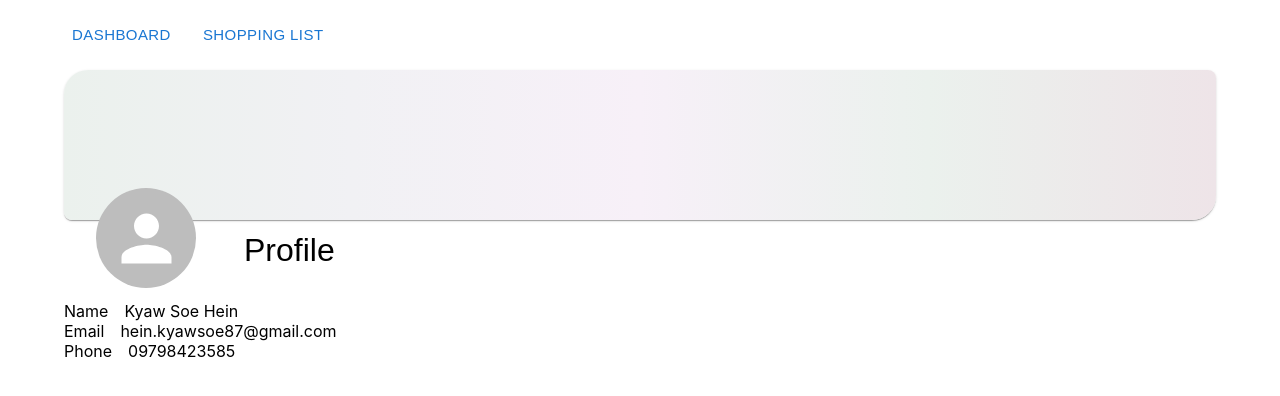
Repository: KyawSoeHein/GoogleAuthReact
Page: /
An editor plug-in stored every save of this project. The page is shown before and after the next save, followed by the edit.
The browser window is 1280 px wide. The pictures show the whole page.
The project was rebuilt for these pictures with package versions that can differ from the ones it lists, and the page was loaded fresh each time.

Above is the page before, as saved 2022-02-14 20:07:54.

### src/index.tsx
import React from "react";
import ReactDOM from "react-dom";
import "./index.css";
import App from "./App";
import Dashboard from "./View/Dashboard";
import reportWebVitals from "./reportWebVitals";

ReactDOM.render(
  <React.StrictMode>
    <Dashboard />
  </React.StrictMode>,
  document.getElementById("root")
);

// If you want to start measuring performance in your app, pass a function
// to log results (for example: reportWebVitals(console.log))
// or send to an analytics endpoint. Learn more: https://bit.ly/CRA-vitals
reportWebVitals();

### src/View/Dashboard.tsx
import React from "react";
import { Container, Grid, Stack } from "@mui/material";
import MenuSelection from "../Components/MenuSelection";
import CoverAndProfilePhoto from "../Components/CoverAndProfilePhoto";

const Dashboard = () => {
  return (
    <Grid>
      <Container>
        <div style={{ marginTop: 16 }}>
          <MenuSelection />
        </div>

        <div style={{ marginTop: 16 }}>
          <CoverAndProfilePhoto />
        </div>

        <Stack direction={"row"} spacing={2}>
          <div>Name</div>
          <div>Kyaw Soe Hein</div>
        </Stack>

        <Stack direction={"row"} spacing={2}>
          <div>Email</div>
          <div>hein.kyawsoe87@gmail.com</div>
        </Stack>

        <Stack direction={"row"} spacing={2}>
          <div>Phone</div>
          <div>09798423585</div>
        </Stack>
      </Container>
    </Grid>
  );
};

export default Dashboard;

### src/Components/MenuSelection.tsx
import React from "react";
import { Button, Stack } from "@mui/material";
import "../App.css";

const MenuSelection = () => {
  const buttonFontSize = 15;

  return (
    <Stack direction={"row"} spacing={2}>
      <Button sx={{ fontSize: buttonFontSize, fontFamily: "sans-serif" }}>
        Dashboard
      </Button>
      <Button sx={{ fontSize: buttonFontSize, fontFamily: "sans-serif" }}>
        Shopping List
      </Button>
    </Stack>
  );
};

export default MenuSelection;

### src/Components/CoverAndProfilePhoto.tsx
import React from "react";
import { Avatar, Button, Paper, Stack } from "@mui/material";
import "../App.css";

const CoverAndProfilePhoto = () => {
  return (
    <div>
      <Paper
        elevation={1}
        sx={{
          height: 150,
          borderTopRightRadius: 8,
          borderTopLeftRadius: 24,
          borderBottomLeftRadius: 8,
          borderBottomRightRadius: 24,
          background:
            "linear-gradient(to right, rgb(235,241,237), rgb(241,241,244), rgb(247,240,248), rgb(235,241,237), rgb(238,228,232))",
        }}
      ></Paper>

      <div className="coverPhoto">
        <Avatar
          alt="Remy Sharp"
          sx={{ width: 100, height: 100, marginTop: -4, marginLeft: 4 }}
        />
        <div style={{ marginLeft: 48, marginTop: -20 }}>
          <p className="profileTitle">Profile</p>
        </div>
      </div>
    </div>
  );
};

export default CoverAndProfilePhoto;

### src/App.css
.App {
  text-align: center;
}

.App-logo {
  height: 40vmin;
  pointer-events: none;
}

@media (prefers-reduced-motion: no-preference) {
  .App-logo {
    animation: App-logo-spin infinite 20s linear;
  }
}

.App-header {
  background-color: #282c34;
  min-height: 100vh;
  display: flex;
  flex-direction: column;
  align-items: center;
  justify-content: center;
  font-size: calc(10px + 2vmin);
  color: white;
}

.App-link {
  color: #61dafb;
}

@keyframes App-logo-spin {
  from {
    transform: rotate(0deg);
  }
  to {
    transform: rotate(360deg);
  }
}

.profileTitle {
  font-size: 32px;
  font-family: sans-serif;
  /* font-weight: bold; */
}

.coverPhoto {
  display: flex;
  flex-direction: row;
  flex: 1;
}

Loaded but not shown: public/index.html (common file); src/index.css (common file); src/reportWebVitals.ts (common file)

After the next save:
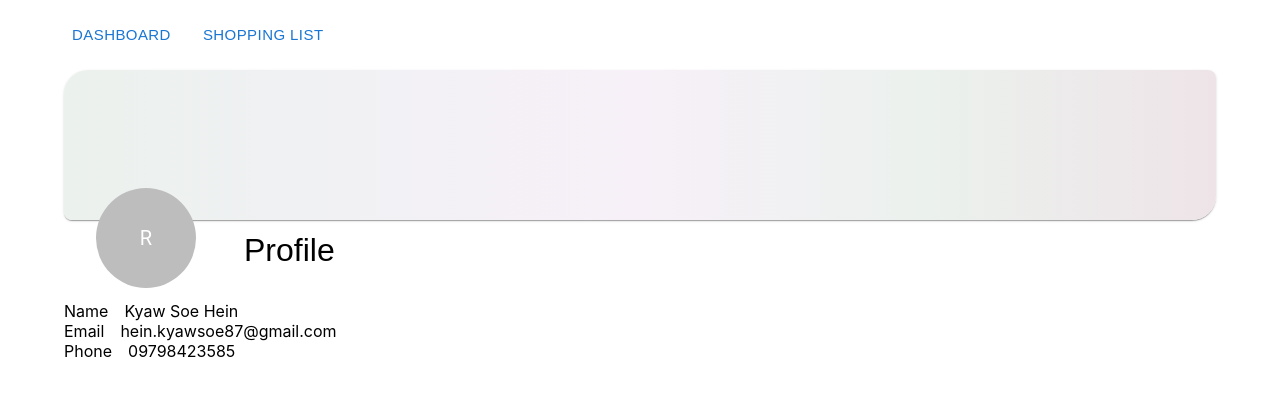
Not found: images/profile.jpg
Saved 5 s later.
--- a/src/Components/CoverAndProfilePhoto.tsx
+++ b/src/Components/CoverAndProfilePhoto.tsx
@@ -21,6 +21,7 @@
       <div className="coverPhoto">
         <Avatar
           alt="Remy Sharp"
+          src="../images/profile.jpg"
           sx={{ width: 100, height: 100, marginTop: -4, marginLeft: 4 }}
         />
         <div style={{ marginLeft: 48, marginTop: -20 }}>

After the 4 saves that followed:
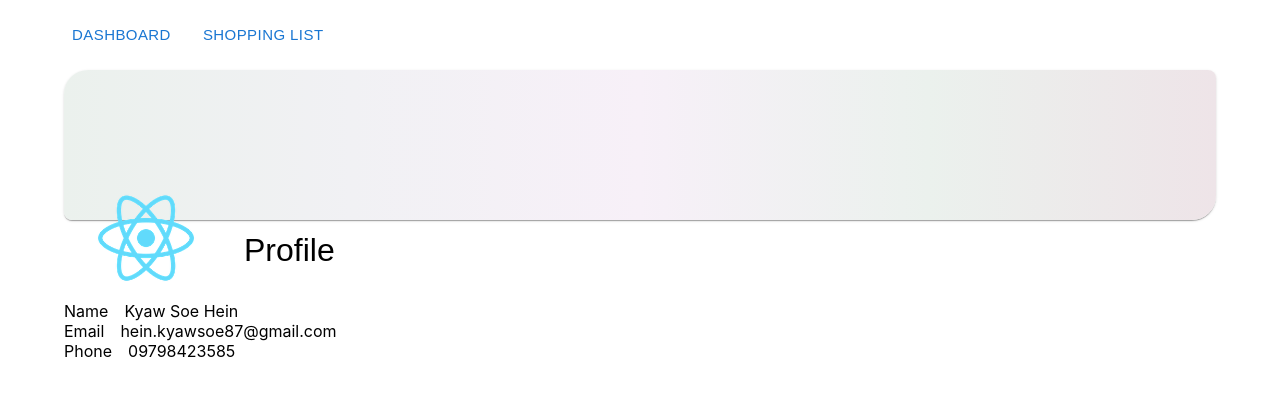
The 4 saves are shown as one change because 2 left the picture as it was and some came seconds apart.
The last was saved 2 min 41 s later.
--- a/src/Components/CoverAndProfilePhoto.tsx
+++ b/src/Components/CoverAndProfilePhoto.tsx
@@ -21,7 +21,7 @@
       <div className="coverPhoto">
         <Avatar
           alt="Remy Sharp"
-          src="../images/profile.jpg"
+          src={`${process.env.PUBLIC_URL}/logo192.png`}
           sx={{ width: 100, height: 100, marginTop: -4, marginLeft: 4 }}
         />
         <div style={{ marginLeft: 48, marginTop: -20 }}>
